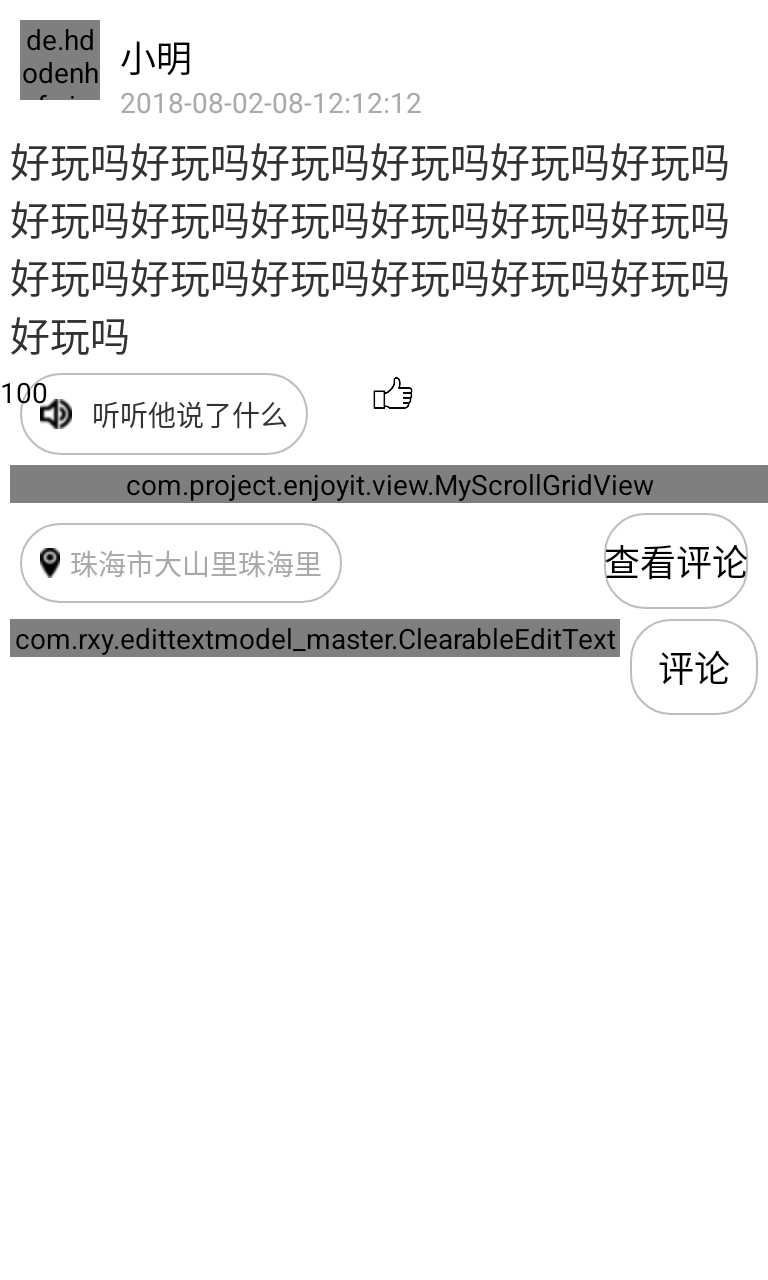
Repository: fatio/Nower
Layout: Android_Client_Source/EnjoyIt/res/layout/shows_list_item.xml
The author's editor kept a copy of each file at every save. The layout is drawn from the files as they stood at one save, then again after the next save.
Pictures or frames that could not be fetched are drawn as grey boxes. It is drawn on a 768 x 1280 px phone screen (xhdpi) without system bars, with theme AppTheme; the app's code is not run.

Above is the layout before, as saved 2015-12-27 07:37:48.

After the next save:
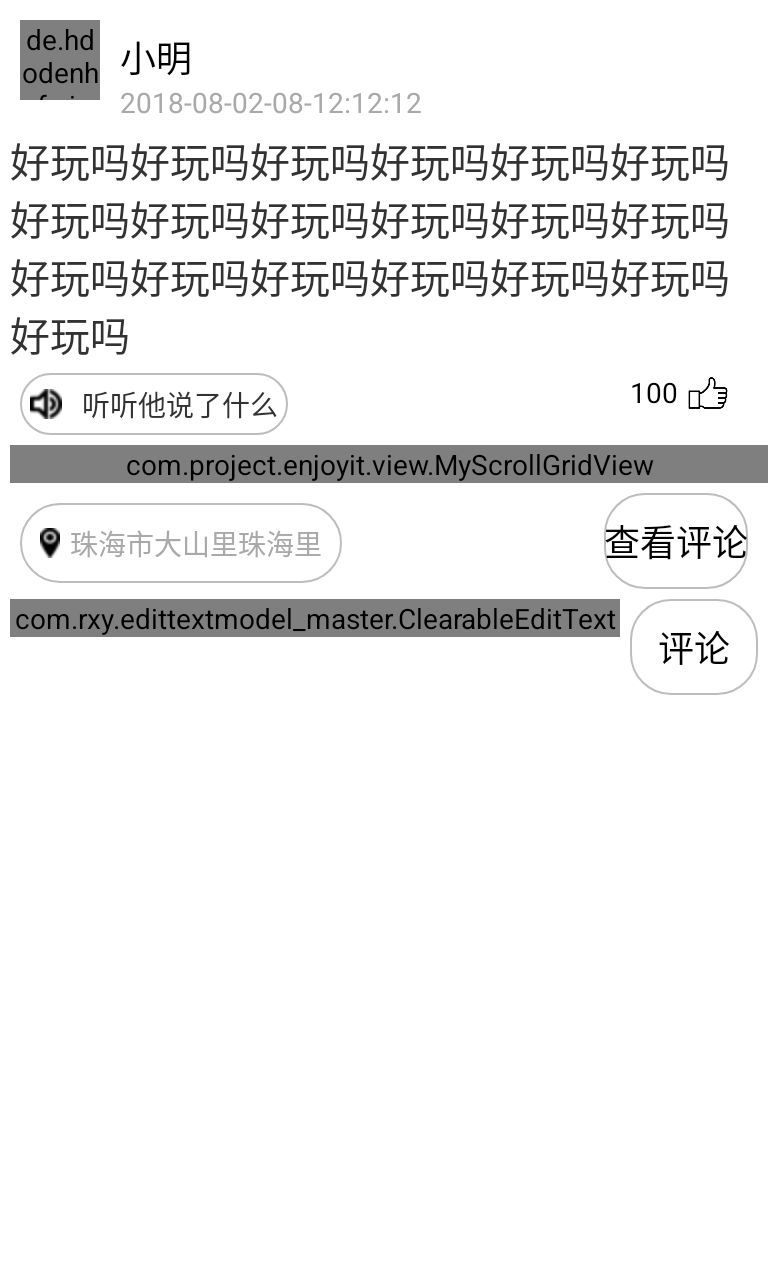
Saved 82 s later.
--- a/Android_Client_Source/EnjoyIt/res/layout/shows_list_item.xml
+++ b/Android_Client_Source/EnjoyIt/res/layout/shows_list_item.xml
@@ -74,7 +74,7 @@
             android:layout_width="wrap_content"
             android:layout_height="wrap_content"
             android:layout_marginLeft="10dp"
-            android:padding="10dp"
+            android:padding="5dp"
             android:layout_alignParentLeft="true"
             android:drawableLeft="@drawable/ic_sound_pause"
             android:drawablePadding="10dp"
@@ -82,23 +82,23 @@
             android:text="听听他说了什么"
             android:background="@drawable/imageview_btn_item_selector" />
 
-        <TextView
-            android:id="@+id/tv_likes_num"
-            android:layout_width="wrap_content"
-            android:layout_height="wrap_content"
-            android:gravity="center"
-            android:text="100"
-            android:textColor="@drawable/white_show" />
-
         <ImageView
             android:id="@+id/iv_like"
             android:layout_width="20dp"
             android:layout_height="20dp"
-            android:layout_toRightOf="@id/tv_likes_num"
+
             android:layout_alignParentRight="true"
             android:layout_marginLeft="5dp"
             android:layout_marginRight="20dp"
             android:src="@drawable/ic_like" />
+                <TextView
+            android:id="@+id/tv_likes_num"
+            android:layout_width="wrap_content"
+            android:layout_height="wrap_content"
+            android:layout_toLeftOf="@id/iv_like"
+            android:gravity="center"
+            android:text="100"
+            android:textColor="@drawable/white_show" />
     </RelativeLayout>
 
    <com.project.enjoyit.view.MyScrollGridView
